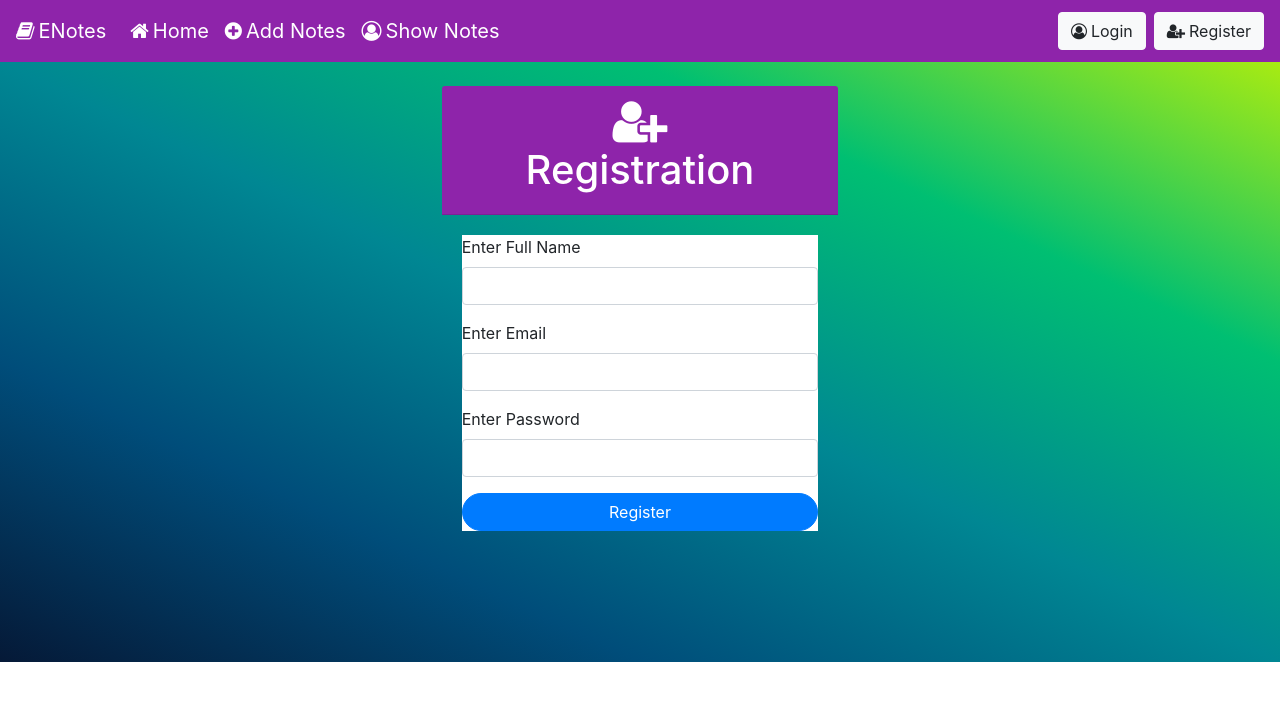
Repository: Bansal140899/eclipse-workspace
Page: http://localhost/ENotesProject/register.jsp
An editor plug-in stored every save of this project. The page is shown before and after the next save, followed by the edit.
The browser window is 1280 px wide. The pictures show the whole page.
The page is served by Tomcat 9.

Above is the page before, as saved 2025-12-21 22:36:36.

After the next save:
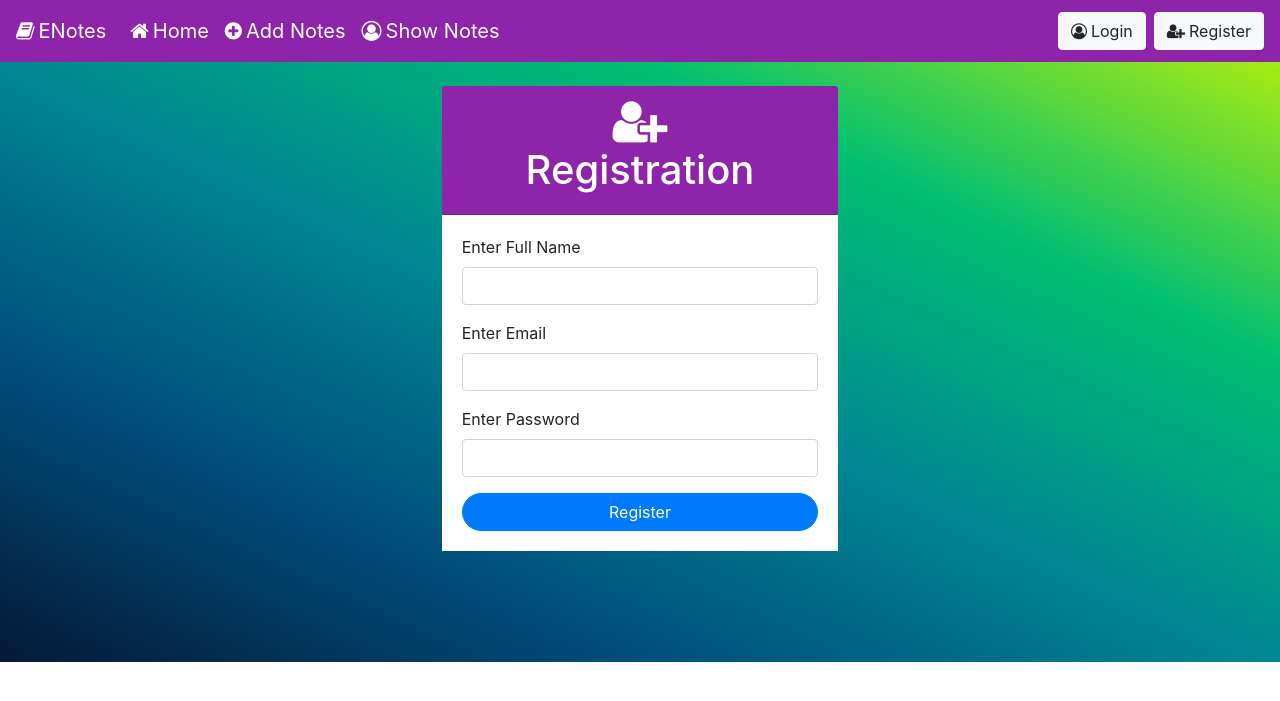
Saved 38 s later.
--- a/ENotesProject/src/main/webapp/register.jsp
+++ b/ENotesProject/src/main/webapp/register.jsp
@@ -21,8 +21,8 @@
 					</div>
 
 				</div>
-				<div class="card-body">
-					<form class ="bgg-custom">
+				<div class="card-body bgg-custom">
+					<form class ="">
 						<div class="form-group">
 							<label> Enter Full Name</label>
 							 <input
